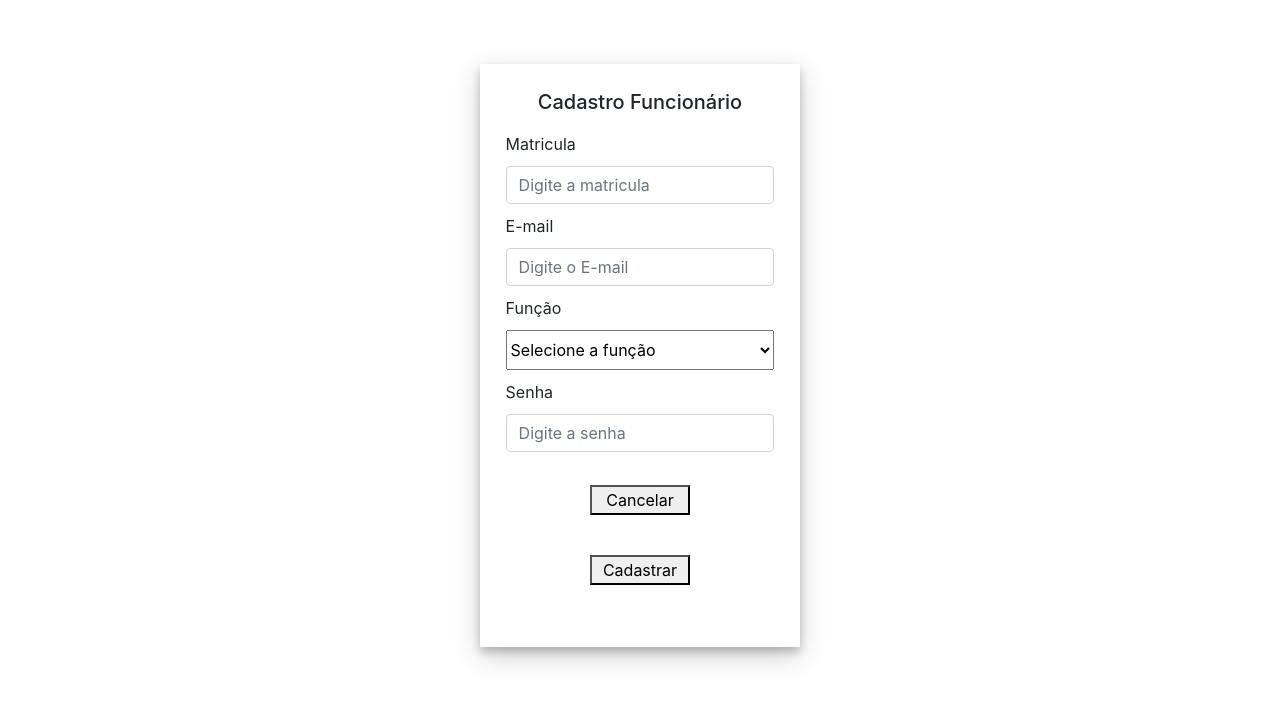
Repository: gabrielfeliphe/AssistenciaTecnica
Page: PI-AssistenciaTecnica/WebContent/pages/adm/funcao/cadastro_funcionario.html
An editor plug-in stored every save of this project. The page is shown before and after the next save, followed by the edit.
The browser window is 1280 px wide. The pictures show the whole page.

Above is the page before, as saved 2021-11-10 21:04:51.
Console error: TypeError: Cannot read properties of undefined (reading 'fn')

After the next save:
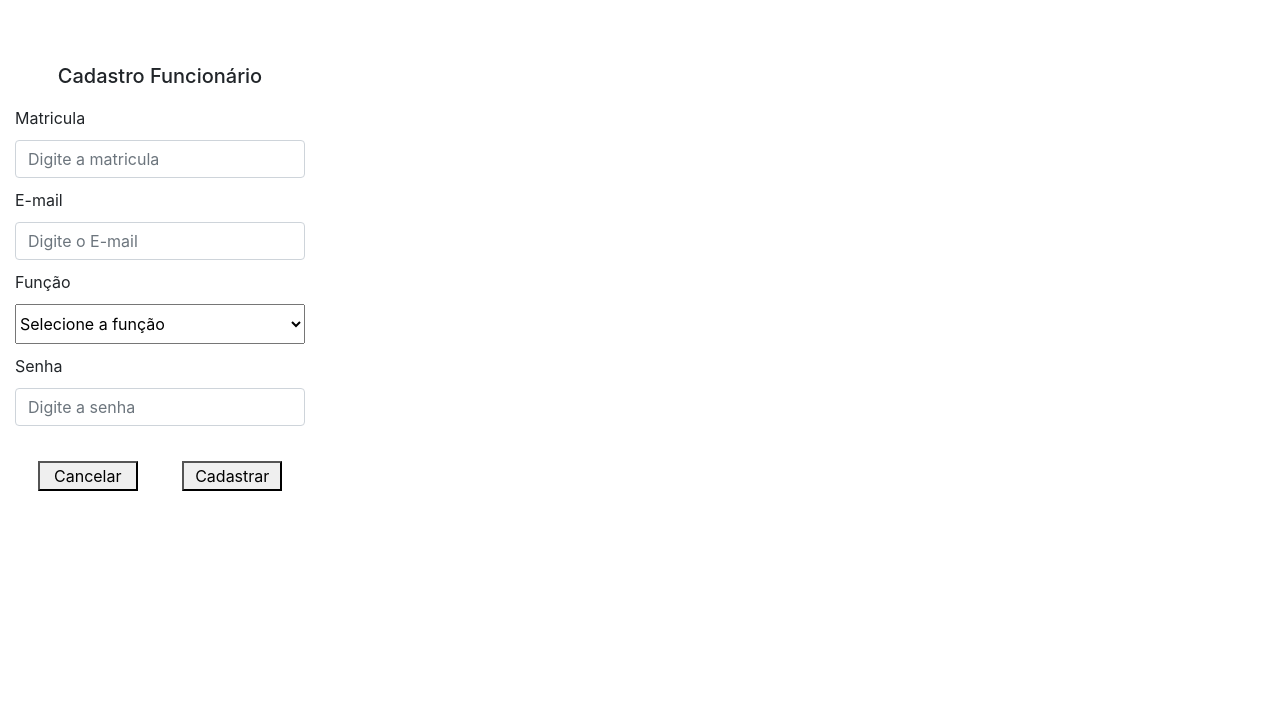
Saved 9 s later.
--- a/PI-AssistenciaTecnica/WebContent/pages/adm/funcao/cadastro_funcionario.html
+++ b/PI-AssistenciaTecnica/WebContent/pages/adm/funcao/cadastro_funcionario.html
@@ -16,7 +16,7 @@
 
 
 	<div class="form-group">
-		<div class="container col-lg-3 centered">
+		<div class="container-md col-lg-3 centered">
 			<fieldset>
 				<form name="frmAddFuncionario">
 					<h5 align="center">Cadastro Funcionário</h5>

After the save that followed:
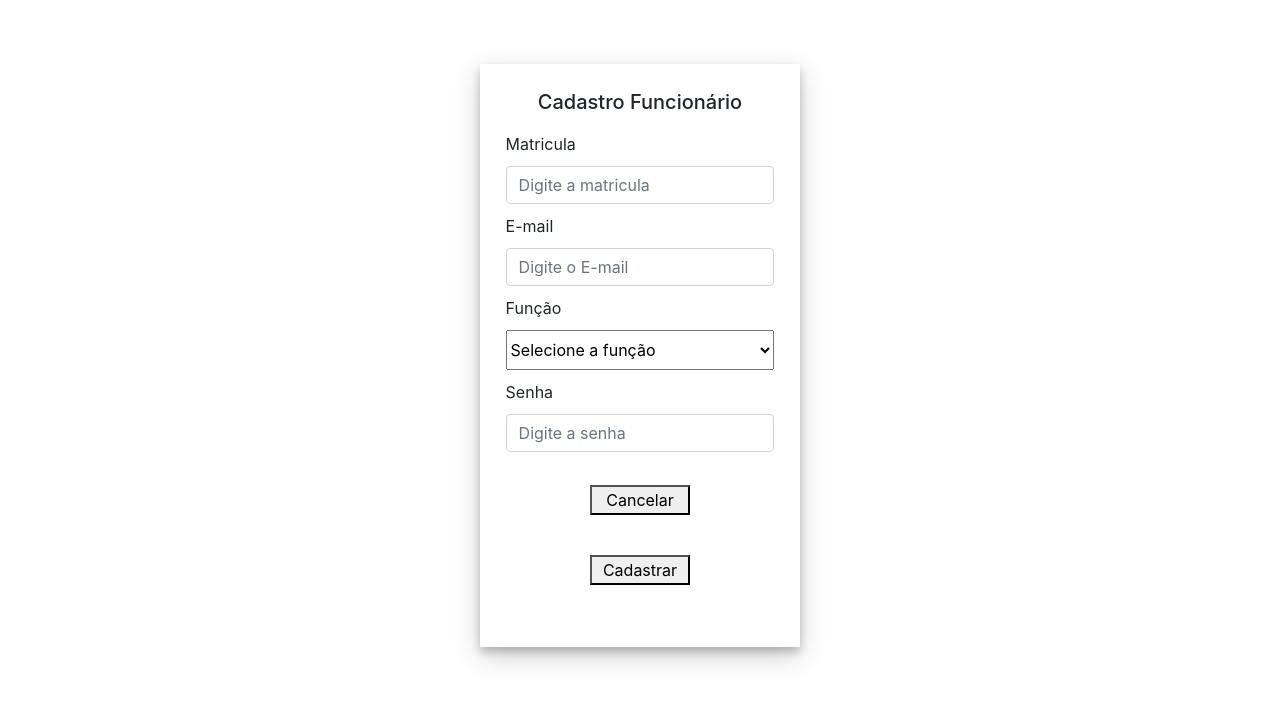
Saved 6 s later.
--- a/PI-AssistenciaTecnica/WebContent/pages/adm/funcao/cadastro_funcionario.html
+++ b/PI-AssistenciaTecnica/WebContent/pages/adm/funcao/cadastro_funcionario.html
@@ -16,7 +16,7 @@
 
 
 	<div class="form-group">
-		<div class="container-md col-lg-3 centered">
+		<div class="container col-lg-3 centered">
 			<fieldset>
 				<form name="frmAddFuncionario">
 					<h5 align="center">Cadastro Funcionário</h5>
